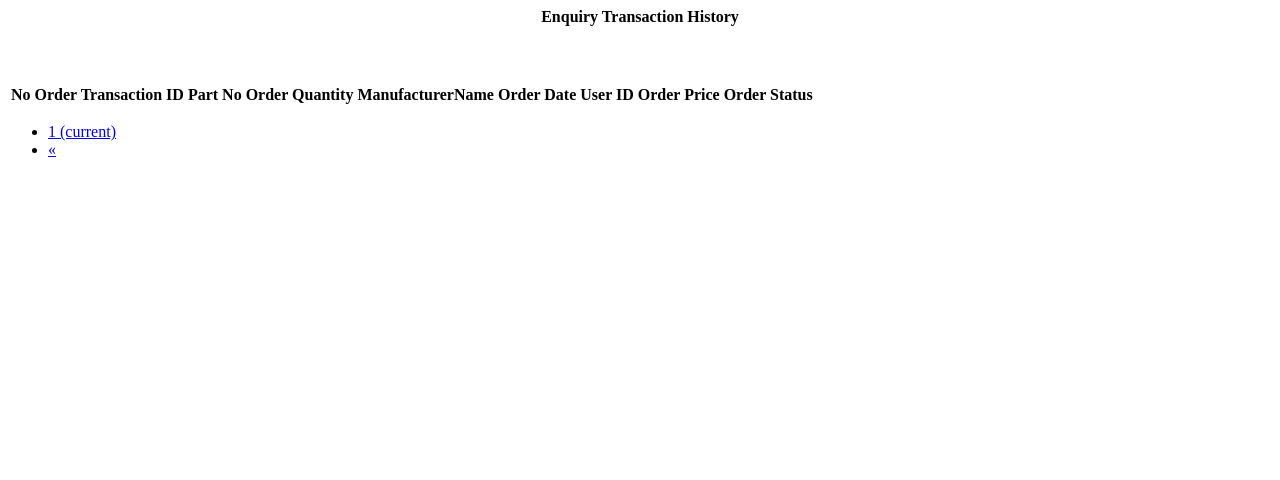
Repository: JiorMajor/InventorySystemWorkspace
Page: http://localhost/InventoryWebSA40Team6/pages/enquirytransaction.jsp
These files come from the project's save history. The page is drawn as it stood at one moment and after the next save; the edit follows.
The browser window is 1280 px wide. The pictures show the whole page.
Some web libraries are served in a nearby version. The page is served by Tomcat 9. Other server files are loaded and not shown. The template is opened directly, without the code that normally fills it, so the values that code supplies are empty.

Above is the page before, as saved 2015-06-12 12:58:37.
Console error: ReferenceError: $ is not defined

### InventoryWebSA40Team6/WebContent/pages/enquirytransaction.jsp
<%@ page language="java" contentType="text/html; charset=UTF-8"
pageEncoding="UTF-8"%>
<%@ taglib prefix="c"  uri="http://java.sun.com/jsp/jstl/core" %>
<html>
<head>
<meta http-equiv="Content-Type" content="text/html; charset=UTF-8">
<title>Enquiry Transaction History</title>


</head>
<body>
	<div class="container-fluid">
		<div class="row">
			<center><h4>Enquiry Transaction History</h4></center>
			<div class="col-md-11 col-sm-8 col-xs-8">
			</div>
			<div class="col-md-1 col-sm-4 col-xs-4"></div>
		</div>
	</div>
	<div class="row"><br><br></div>
	<div class="row">
		<div class="col-md-1">
		</div>
		<div class="col-md-10">
			<div class="table-responsive">
				<table id ="inventory" class="table table-hover">
					<thead>
						<tr>
							<th>No</th>
							<th>Order Transaction ID</th>
							<th>Part No</th>
							<th>Order Quantity</th>
							 <th>ManufacturerName</th>
							<th>Order Date</th>
							<th>User ID</th>
							<th>Order Price</th>
							<th>Order Status</th>
						</tr>
					</thead>
					<tbody>

							<c:forEach var="tran" items="${trList}" varStatus="status">

							<tr>
							<td>${status.index+1}</td>
							<td>${tran.orTransId}</td>
							<td>${tran.partNo}</td>
							<td>${tran.orderQty}</td>
							<td>${tran.manuName}</td>
							<td>${tran.orderDate}</td>
							<td>${tran.userId}</td>
							<td>${tran.orderPrice}</td>
							<td>${tran.orderStatus}</td>
							</tr>
							</c:forEach>
							<%-- <input type="hidden" value="${tran.orTransId}"} /> --%>
					</tbody>
				</table>

				<script type="text/javascript">
	$(document).ready(function() {
    $('#inventory').DataTable();
	} );
</script>

			</div>
		</div>
		<div class="col-md-1"></div>
	</div>
	<div class="row">
		<div class="col-md-11">
					<nav class="pull-right">

				<ul class="pagination pull-right">




<%-- 				<c:forEach begin="1" end="${noOfPages}" var="i">
				<c:choose>
					<c:when test="${currentPage eq i}">
						<td>${i}</td>
					</c:when>
					<c:otherwise>
						<td><a href="employee.do?page=${i}">${i}</a></td>
					</c:otherwise>
				</c:choose>
			</c:forEach> --%>










					<li class="active"><a href="#">1 <span class="sr-only">(current)</span></a></li>
					<li class="disabled"><a href="#" aria-label="Next"><span aria-hidden="true">&laquo;</span></a></li>
				</ul>
			</nav>
		</div>
		<div class="col-md-1"></div>
	</div>
	<script src="//code.jquery.com/ui/1.11.4/jquery-ui.js"></script>
	<script type="text/javascript">
	$(function() {
		console.log($("#datepicker").val());
	    $( "#datepicker" ).datepicker();
	 });
	</script>
</div>
</body>
</html>

After the next save:
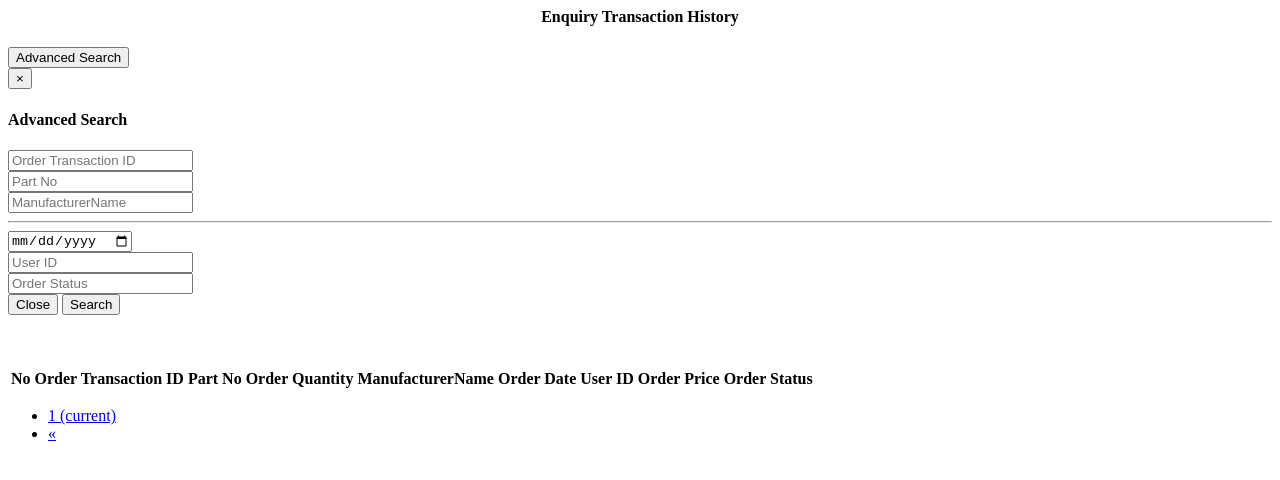
Saved 67 s later.
--- a/InventoryWebSA40Team6/WebContent/pages/enquirytransaction.jsp
+++ b/InventoryWebSA40Team6/WebContent/pages/enquirytransaction.jsp
@@ -13,6 +13,45 @@ pageEncoding="UTF-8"%>
 		<div class="row">
 			<center><h4>Enquiry Transaction History</h4></center>
 			<div class="col-md-11 col-sm-8 col-xs-8">
+				<button type="button" class="btn btn-primary pull-right" data-toggle="modal" data-target="#myModal">Advanced Search</button>
+			<form name= "searchform" action= "/InventoryWebSA40Team6/transactionSearching" method="Get" >
+				<div class="modal fade" id="myModal" tabindex="-1" role="dialog" aria-labelledby="gridsystemModalLabel" aria-hidden="true">
+					<div class="modal-dialog">
+						<div class="modal-content">
+							<div class="modal-header">
+								<button type="button" class="close" data-dismiss="modal" aria-label="Close">
+									<span aria-hidden="true">&times;</span>
+								</button>
+								<h4 class="modal-title" id="gridsystemModalLabel">Advanced Search</h4>
+							</div>
+							<div class="modal-body">
+								<div class="container-fluid">
+									<div class="row">
+									<div class="col-md-12">
+									<div class="col-md-4"><input type="text"  class="form-control" placeholder="Order Transaction ID" name="orTransId"/></div>
+									<div class="col-md-4"><input type="text" class="form-control" placeholder="Part No" name="partNo"/></div>
+									<div class="col-md-4"><input type="text" class="form-control" placeholder="ManufacturerName" name="manuName"/></div>
+									</div>
+									</div>
+									<hr />
+									<div class="row">
+									<div class="col-md-12">
+									<div class="col-md-4"><input type="date"  id = "datepicker" class="form-control" placeholder="OrderDate" name="orderDate"/></div>
+									<div class="col-md-4"><input type="text" class="form-control" placeholder="User ID" name="userId"/></div>
+									<div class="col-md-4"><input type="text" class="form-control" placeholder="Order Status" name="orderStatus"/></div>
+									</div>
+									</div>
+								</div>
+							</div>
+							<div class="modal-footer">
+								<button type="button" class="btn btn-default" data-dismiss="modal">Close</button>
+
+								<button type="submit" class="btn btn-primary" >Search</button>
+							</div>
+						</div>
+					</div>
+				</div>
+				</form>
 			</div>
 			<div class="col-md-1 col-sm-4 col-xs-4"></div>
 		</div>
